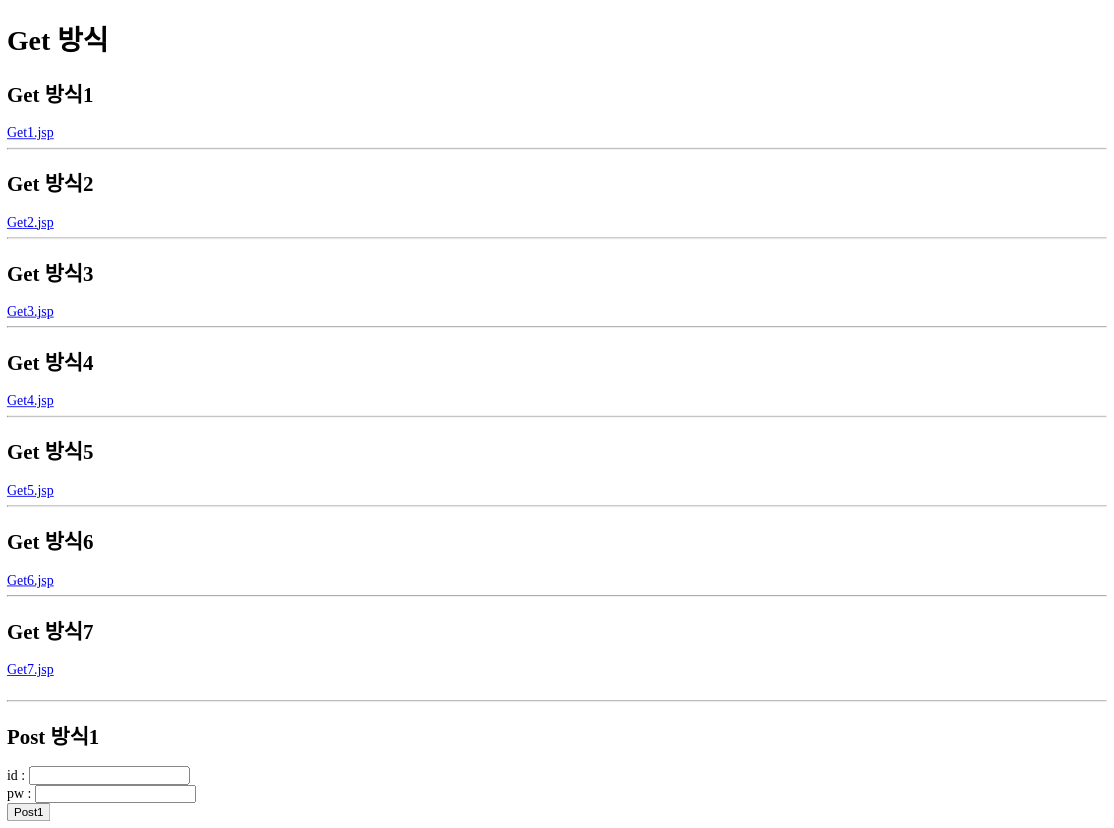
Repository: dllgkdud/pro4
Page: http://localhost/pro04/WEB-INF/views/sample/main.jsp
An editor plug-in stored every save of this project. The page is shown before and after the next save, followed by the edit.
The browser window is 1280 px wide. The pictures show the whole page, at 87% of full size.
The page is served by Tomcat 9. Nobody is signed in. Other server files are loaded and not shown. The template is opened directly, without the code that normally fills it, so the values that code supplies are empty.

Above is the page before, as saved 2022-11-22 02:59:02.

### pro04/src/main/webapp/WEB-INF/views/sample/main.jsp
<%@ page language="java" contentType="text/html; charset=UTF-8"
    pageEncoding="UTF-8"%>
<%@ taglib prefix="c" uri="http://java.sun.com/jsp/jstl/core"  %>
<%@ taglib prefix="fmt" uri="http://java.sun.com/jsp/jstl/fmt" %>
<!DOCTYPE html>
<html>
<head>
	<meta charset="UTF-8">
	<meta http-equiv="X-UA-Compatible" content="IE=edge">
	<meta name="viewport" content="width=device-width, initial-scale=1.0">
<title>스프링 데이터 전송</title>
</head>
<body>
	<h1>Get 방식</h1>
	<h2>Get 방식1</h2>
	<div>
		<a href="./get1?id=admin&pw=1234">Get1.jsp</a>
	</div>
	<hr>
	<h2>Get 방식2</h2>
	<div>
		<a href="./get2?id=admin&pw=1234">Get2.jsp</a>
	</div>
	<hr>
	<h2>Get 방식3</h2>
	<div>
		<a href="./get3?id=admin&pw=1234">Get3.jsp</a>
	</div>
	<hr>
	<h2>Get 방식4</h2>
	<div>
		<a href="./get4?id=admin&pw=1234">Get4.jsp</a>
	</div>
	<hr>
	<h2>Get 방식5</h2>
	<div>
		<a href="./get5?id=admin&pw=1234">Get5.jsp</a>
	</div>
	<hr>
	<h2>Get 방식6</h2>
	<div>
		<a href="./get6?id=admin&pw=1234">Get6.jsp</a>
	</div>
	<hr>
	<h2>Get 방식7</h2>
	<div>
		<a href="./get7?id=admin&pw=1234">Get7.jsp</a>
	</div>
	<br>
	<hr>
	<h2>Post 방식1</h2>
	<div>
		<form action="./post1" method="post">
		id : <input type="text" name="id" id="id" required /><br>
		pw : <input type="password" name="pw" id="pw" required /><br>
		<input type="submit" value="Post1"/>
		</form>
	</div>
</body>
</html>

After the next save:
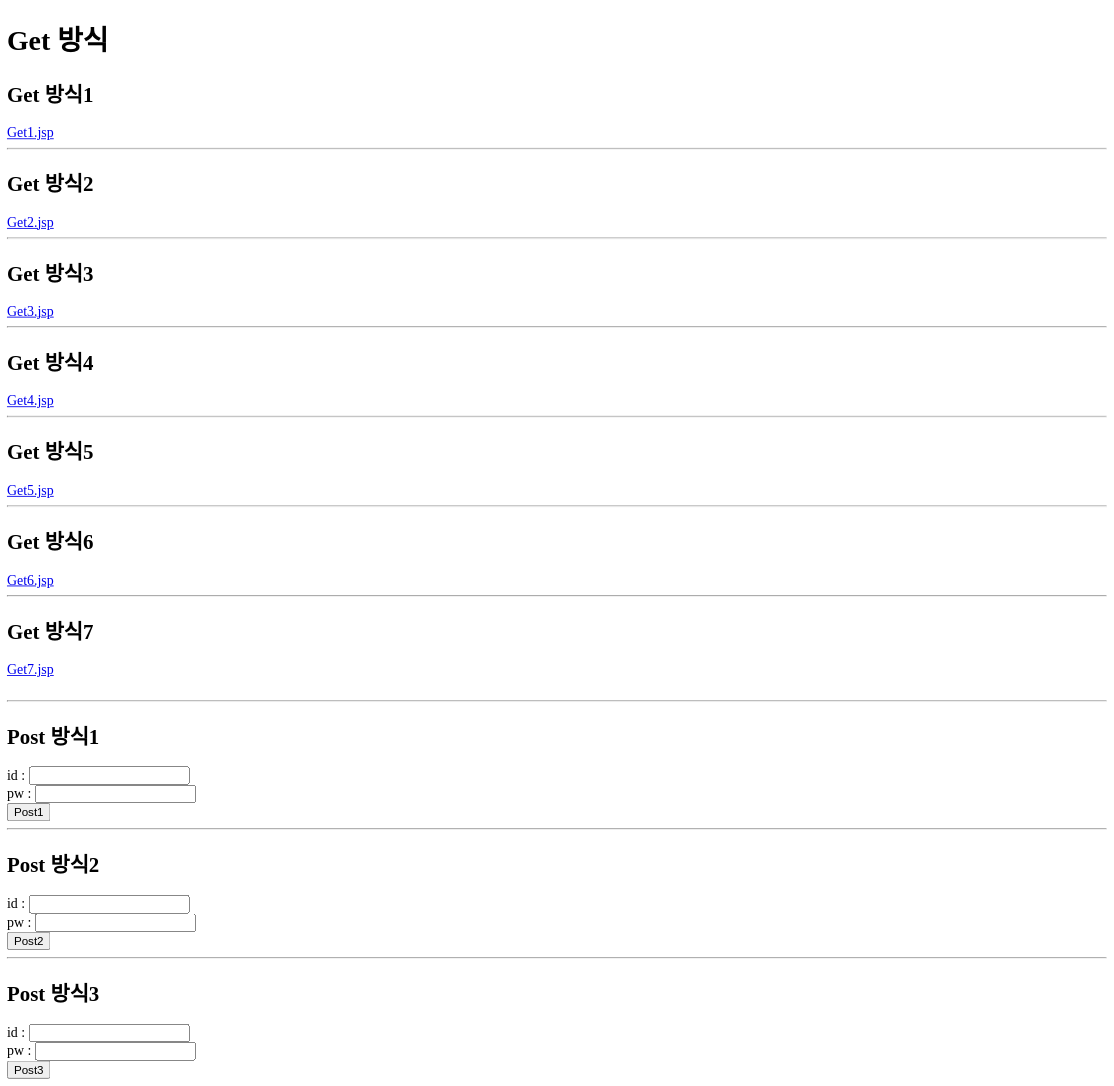
Saved 2 min 25 s later.
--- a/pro04/src/main/webapp/WEB-INF/views/sample/main.jsp
+++ b/pro04/src/main/webapp/WEB-INF/views/sample/main.jsp
@@ -56,5 +56,23 @@
 		<input type="submit" value="Post1"/>
 		</form>
 	</div>
+	<hr>
+	<h2>Post 방식2</h2>
+	<div>
+		<form action="./post2" method="post">
+		id : <input type="text" name="id" id="id" required /><br>
+		pw : <input type="password" name="pw" id="pw" required /><br>
+		<input type="submit" value="Post2"/>
+		</form>
+	</div>
+	<hr>
+	<h2>Post 방식3</h2>
+	<div>
+		<form action="./post3" method="post">
+		id : <input type="text" name="id" id="id" required /><br>
+		pw : <input type="password" name="pw" id="pw" required /><br>
+		<input type="submit" value="Post3"/>
+		</form>
+	</div>
 </body>
 </html>
